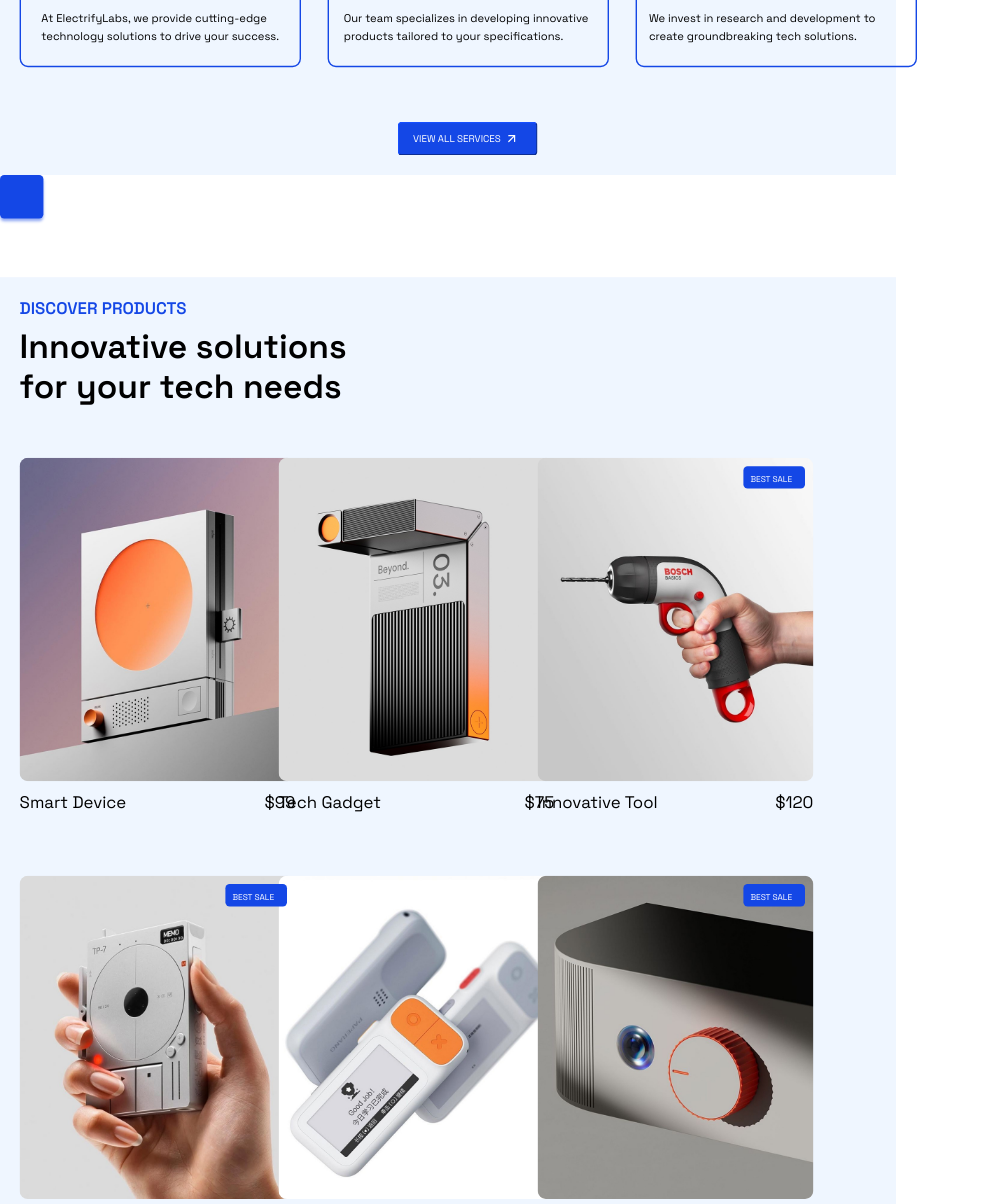
Repository: neelpatel6262/electrifylabs_homepage
Page: /
The author's editor kept a copy of each file at every save. The page is drawn from the files as they stood at one save, then again after the next save.
The browser window is 1280 px wide. The page is 1440 px wide, so the pictures cover 1440 px, including what lies to the right of the window. The pictures show the part of the page from y = 1990 to 3710 px (the page is 7406 px tall before and 7260 px after), at 70% of full size.
Some web fonts or font styles are not loaded; a fallback is used. The project was rebuilt for these pictures with package versions that can differ from the ones it lists, and the page was loaded fresh each time. Also part of the build but not shown: vite.config.js.

Above is the page before, as saved 2026-02-24 12:33:25.

After the next save:
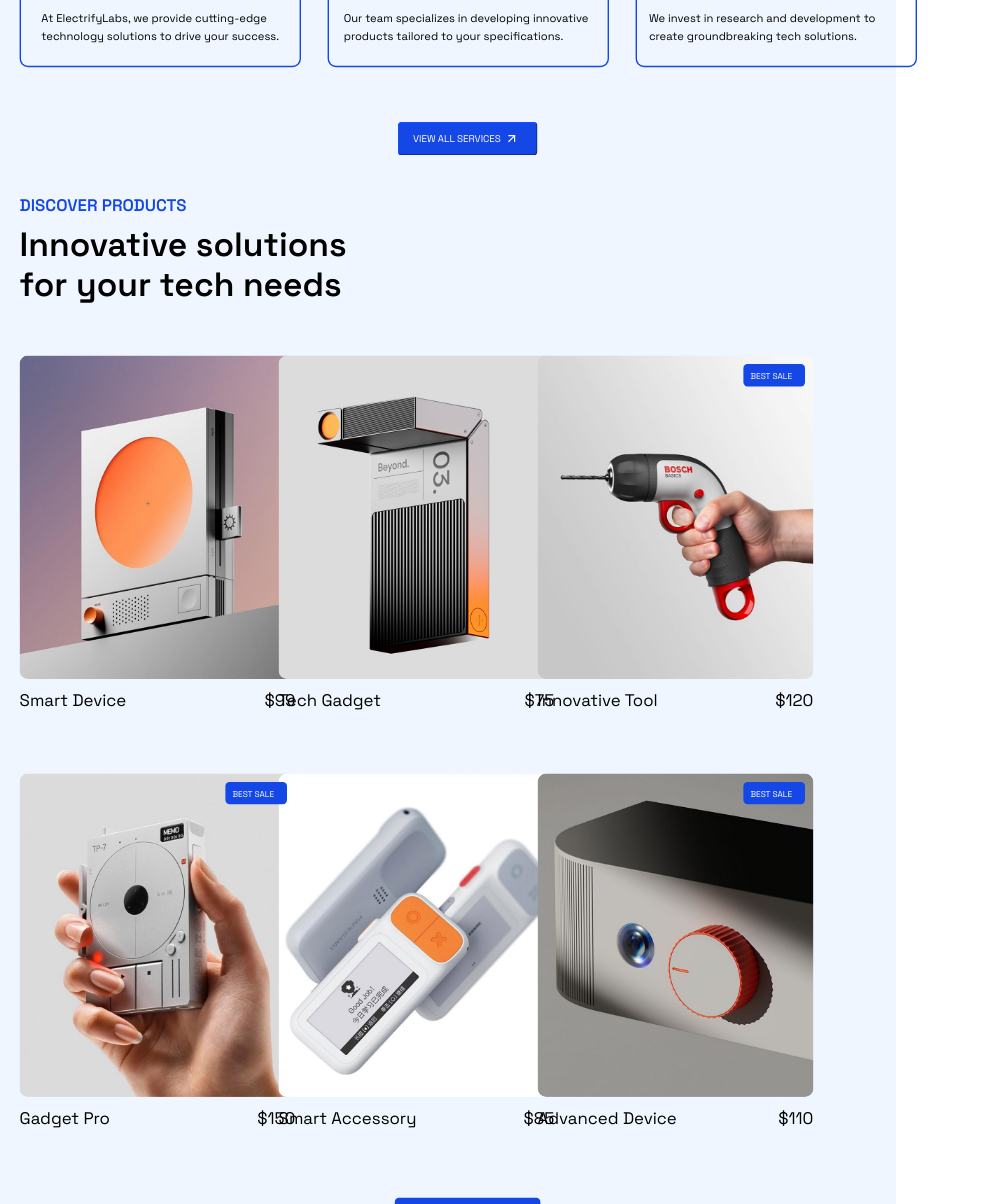
Saved 10 s later.
--- a/src/main.jsx
+++ b/src/main.jsx
@@ -19,14 +19,27 @@
 createRoot(document.getElementById('root')).render(
   <>
     <Navbar />
-    <HeroSection />
-    <AboutSection />
-    <ServiceSection />
-    <ServiceCard />
-    <ProductSection />
-    <LibrarySection />
-    <BlogSection />
-    <CTASection />
+    <div id="hero">
+      <HeroSection />
+    </div>
+    <div id="about">
+      <AboutSection />
+    </div>
+    <div id="services">
+      <ServiceSection />
+    </div>
+    <div id="products">
+      <ProductSection />
+    </div>
+    <div id="library">
+      <LibrarySection />
+    </div>
+    <div id="blog">
+      <BlogSection />
+    </div>
+    <div id="cta">
+      <CTASection />
+    </div>
     <Footer />
 
   </>
